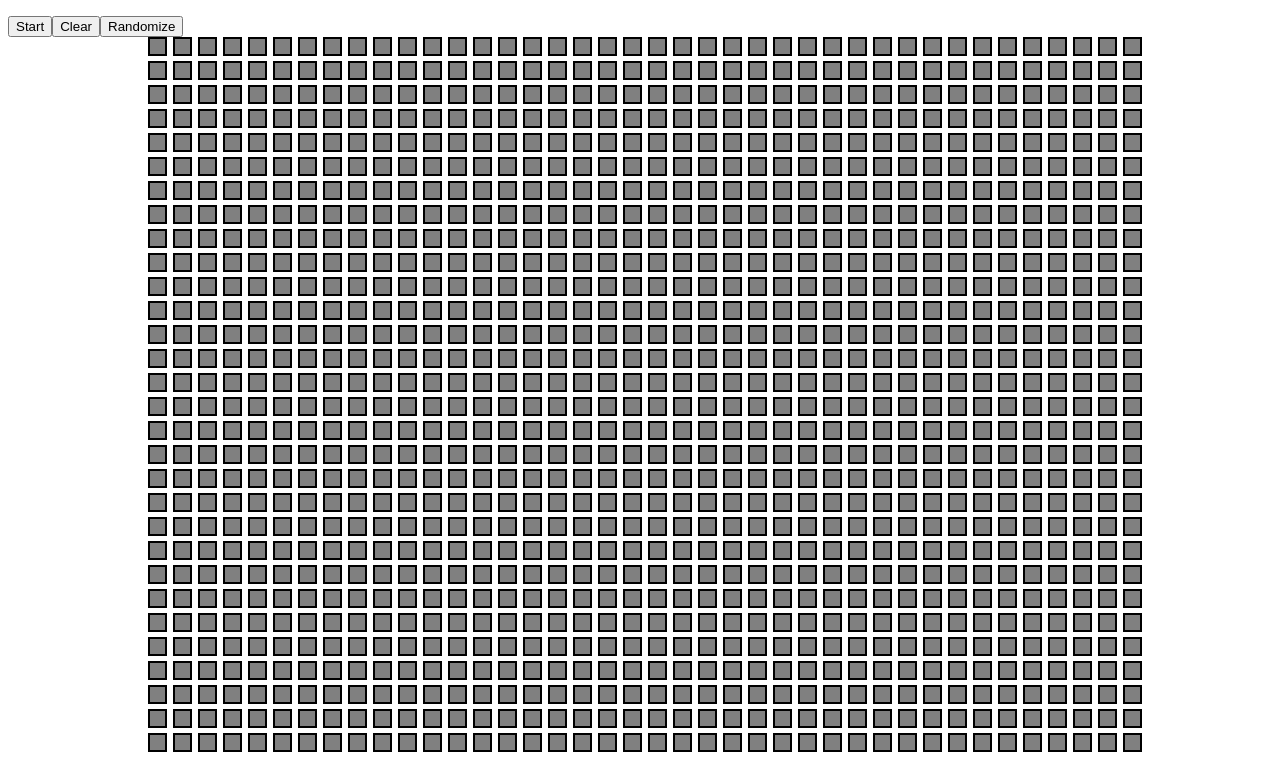
Repository: avanbussum/cellular-automata
Page: /
These files come from the project's save history. The page is drawn as it stood at one moment and after a run of saves; the edit follows.
The browser window is 1280 px wide. The pictures show the whole page.
The project was rebuilt for these pictures with package versions that can differ from the ones it lists, and the page was loaded fresh each time.

Above is the page before, as saved 2023-04-29 01:33:14.

### src/App.js
import React, { useState, useCallback, useRef } from 'react'
import Produce from 'immer';

const numRows = 30;
const numCols = 40;

let rps = false;

// const cell = {alive: 0, type: 0, color: ''};
//const deadcell = {dead: 0, type: 0, color: ''};


const neighborCoordinates = [
  [0, 1],
  [0, -1],
  [1, 1],
  [1, -1],
  [-1, 0],
  [-1, 1],
  [-1, -1],
  [1, 0]
]

const resetGrid = () => {
  const rows = [];
  for (let i = 0; i < numRows; i++) {
    rows.push(Array.from(Array(numCols), () => { const cell = { alive: 0, type: '', color: 'purple' }; return (cell) }
    ))
  }
  console.log(rows.join(rows.type))
  return rows;
}

export const App = () => {
  const [grid, setGrid] = useState(() => {
    return resetGrid()
  });

  const [running, setRunning] = useState(false)

  const runningRef = useRef(running);
  runningRef.current = running

  const runSimulation = useCallback(() => {
    if (!runningRef.current) {
      return;
    }
    setGrid((grid) => {
      return Produce(grid, gridCopy => {
        for (let x = 0; x < numRows; x++) {
          for (let y = 0; y < numCols; y++) {
            let neighbors = 0;
            neighborCoordinates.forEach(([a, b]) => {
              const newX = x + a;
              const newY = y + b;

              if (newX >= 0 && newX < numRows && newY >= 0 && newY < numCols) {
                neighbors += grid[newX][newY].alive
              }
            })

            // "game of life - rules"

            // if (neighbors < 2 || neighbors > 3) {
            //   gridCopy[x][y].alive = 0;
            // } else if (grid[x][y].alive === 0 && neighbors === 3) {
            //   gridCopy[x][y].alive = 1;
            // }

            //"seeds"

            // if (grid[x][y].alive === 1 && neighbors === 2) {
            //   gridCopy[x][y].alive = 1;
            // } else if (grid[x][y].alive === 0 && neighbors === 2) {
            //   gridCopy[x][y].alive = 1;
            // } else {
            //   gridCopy[x][y].alive = 0;
            // }

            // "RPS"
            rps = true
            let r = 0;
            let p = 0;
            let s = 0;
            console.log(s)

            neighborCoordinates.forEach(([a, b]) => {
              const newX = x + a;
              const newY = y + b;

              if (newX >= 0 && newX < numRows && newY >= 0 && newY < numCols) {
                if (grid[newX][newY].type === 'scissors') s++;
                if (grid[newX][newY].type === 'rock') r++;
                if (grid[newX][newY].type === 'paper') p++;
              }
            })

            let cur = grid[x][y];
            if (cur.alive) {
              switch (cur.type) {
                case 'rock':
                  if (p>2) {
                    gridCopy[x][y].type = 'paper';
                    gridCopy[x][y].color = 'green';
                  }
                break;

                case 'paper':

                  if (s>2) {
                    gridCopy[x][y].type = 'scissors';
                    gridCopy[x][y].color = 'red';
                  }
                break;

                case 'scissors':
                  if (r>2) {
                    gridCopy[x][y].type = 'rock';
                    gridCopy[x][y].color = 'blue';
                  }
                break;
              }
            }



          }
        }
      });
    });


    setTimeout(runSimulation, 0.1);
  }, []);




  return (
    <>
    <p></p>
      <button
        onClick={() => {
          setRunning(!running);
          if (!running) {
            runningRef.current = true;
            runSimulation();
          }
        }}
      >
        {running ? 'Stop' : 'Start'}
      </button>
      <button onClick={() => setGrid(resetGrid())}>Clear</button>
      <button
        onClick={() => {
          const rows = [];

          for (let i = 0; i < numRows; i++) {
            rows.push(
              Array.from(Array(numCols), () => {
                const cell = { alive: 0, type: '', color: 'purple' };
                let prob = 0.4;
                if (rps === true) prob = 1
                if (Math.random() < prob) {
                  cell.alive = 1;
                }
                else {
                  cell.alive = 0;
                }

                if (rps === true) {
                  if (Math.random() < 1 / 3) {
                    cell.type = 'rock';
                    cell.color = 'blue'
                  }
                  else if (Math.random() > 2 / 3) {
                    cell.type = 'paper';
                    cell.color = 'green'

                  }
                  else {
                    cell.type = 'scissors';
                    cell.color = 'red'
                  }
                }

                return cell;
              })
            );
          }
          console.log(rows)
          setGrid(rows);
        }}
      >
        Randomize
      </button>

      <div
        style={{
          display: 'grid',
          gridTemplateColumns: `repeat(${numCols}, 10px)`,
          rowGap: '5px',
          columnGap: '15px',
          justifyContent: 'center',
        }}
      >
        {grid.map((rows, x) =>
          rows.map((col, y) => (
            <div
              onClick={() => {
                const newGrid = Produce(grid, (gridCopy) => {
                  gridCopy[x][y].alive = grid[x][y].alive ? 0 : 1;
                });
                setGrid(newGrid);
              }}
              key={`${x}-${y}`}
              style={{
                width: 15,
                height: 15,
                backgroundColor: grid[x][y].alive ? grid[x][y].color : 'gray',
                border: 'solid 2px black',
              }}
            />
          ))
        )}
      </div>
    </>
  );
}

export default App;

Loaded but not shown: public/index.html (common file); src/index.js (common file); src/reportWebVitals.js (common file)

After the next 2 saves:
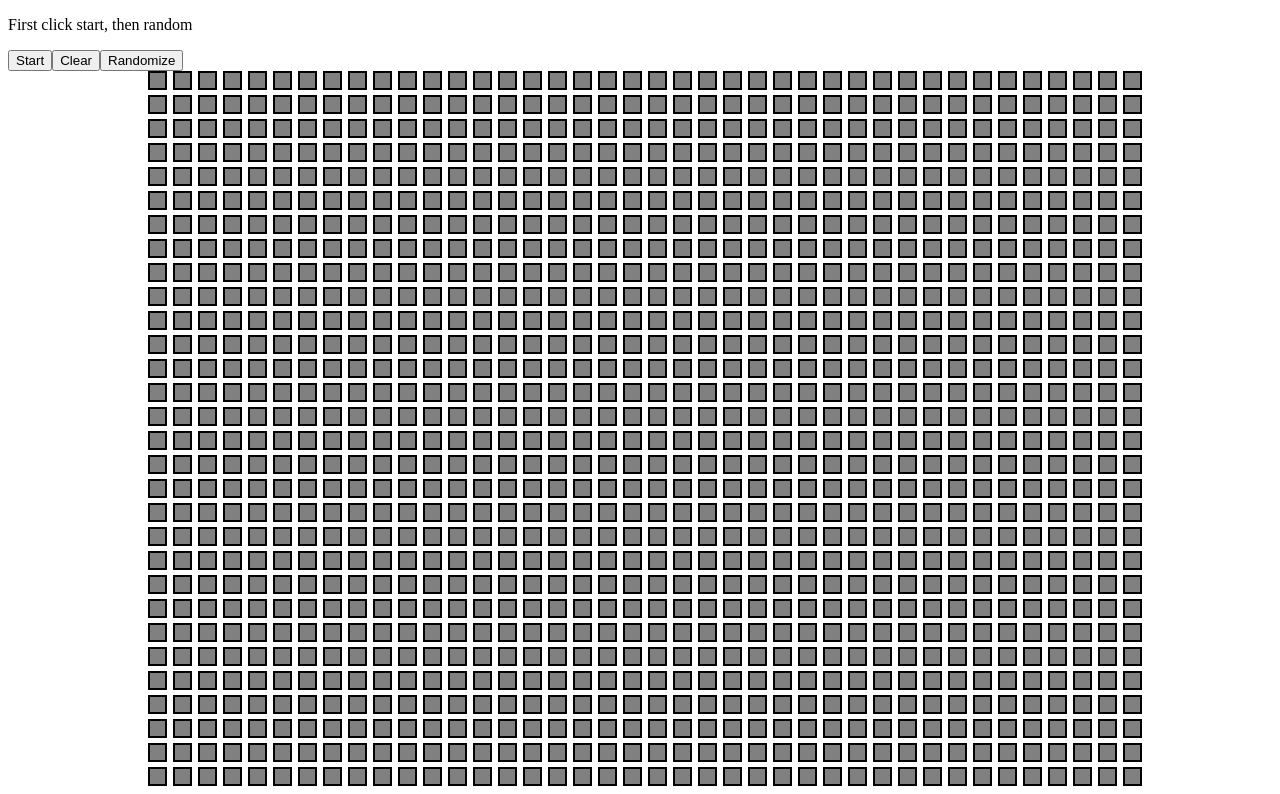
The 2 saves are shown as one change because they came seconds apart.
The last was saved 14 s later.
--- a/src/App.js
+++ b/src/App.js
@@ -138,7 +138,7 @@ export const App = () => {
 
   return (
     <>
-    <p></p>
+    <p>First click start, then random</p>
       <button
         onClick={() => {
           setRunning(!running);
